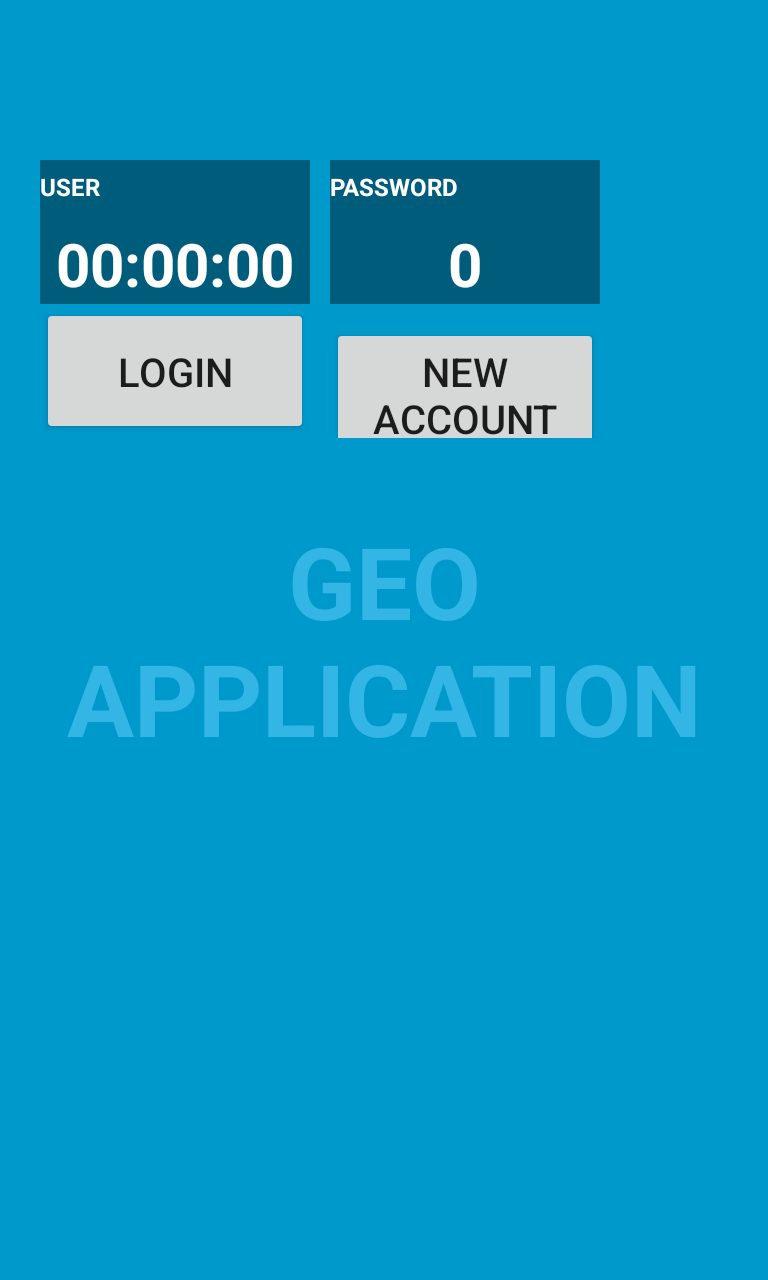
Repository: sebastianR1001/GeoApplication
Layout: GeoApplication/res/layout/login_fullscreen.xml
These files come from the project's save history. The layout is drawn as it stood at one moment and after the next save; the edit follows.
It is drawn on a 768 x 1280 px phone screen (xhdpi) without system bars, with theme AppTheme; the app's code is not run.

Above is the layout before, as saved 2014-10-25 18:38:40.

After the next save:
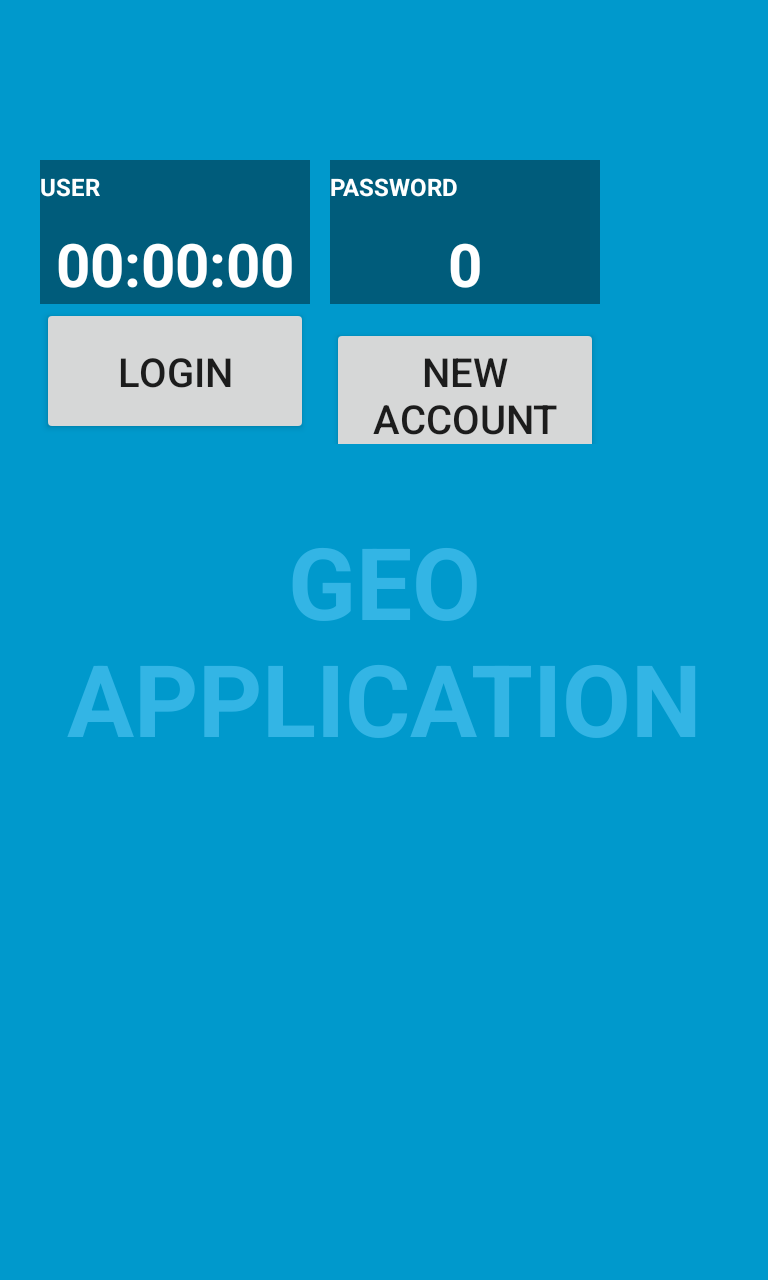
Saved 3 min 19 s later.
--- a/GeoApplication/res/layout/login_fullscreen.xml
+++ b/GeoApplication/res/layout/login_fullscreen.xml
@@ -115,7 +115,7 @@
 		     <Button
 		        android:id="@+id/newAccountButton"
 		        android:layout_width="135dp"
-		        android:layout_height="67dp"
+		        android:layout_height="70dp"
 		        android:layout_marginRight="10dp"
 		        android:layout_marginLeft="10dp"
 		        android:textSize="20sp"
@@ -123,28 +123,6 @@
 
         </TableRow>
     </TableLayout>
-
-
-    <FrameLayout
-        android:layout_width="match_parent"
-        android:layout_height="match_parent"
-        android:fitsSystemWindows="true" >
-
-        <LinearLayout
-            android:id="@+id/fullscreen_content_controls"
-            style="?metaButtonBarStyle"
-            android:layout_width="match_parent"
-            android:layout_height="wrap_content"
-            android:layout_gravity="bottom|center_horizontal"
-            android:background="@color/black_overlay"
-            android:orientation="horizontal"
-            tools:ignore="UselessParent" >
-        </LinearLayout>
-
-        <requestFocus />
-
-
-    </FrameLayout>
     <!--
          This FrameLayout insets its children based on system windows using
          android:fitsSystemWindows.

After the save that followed:
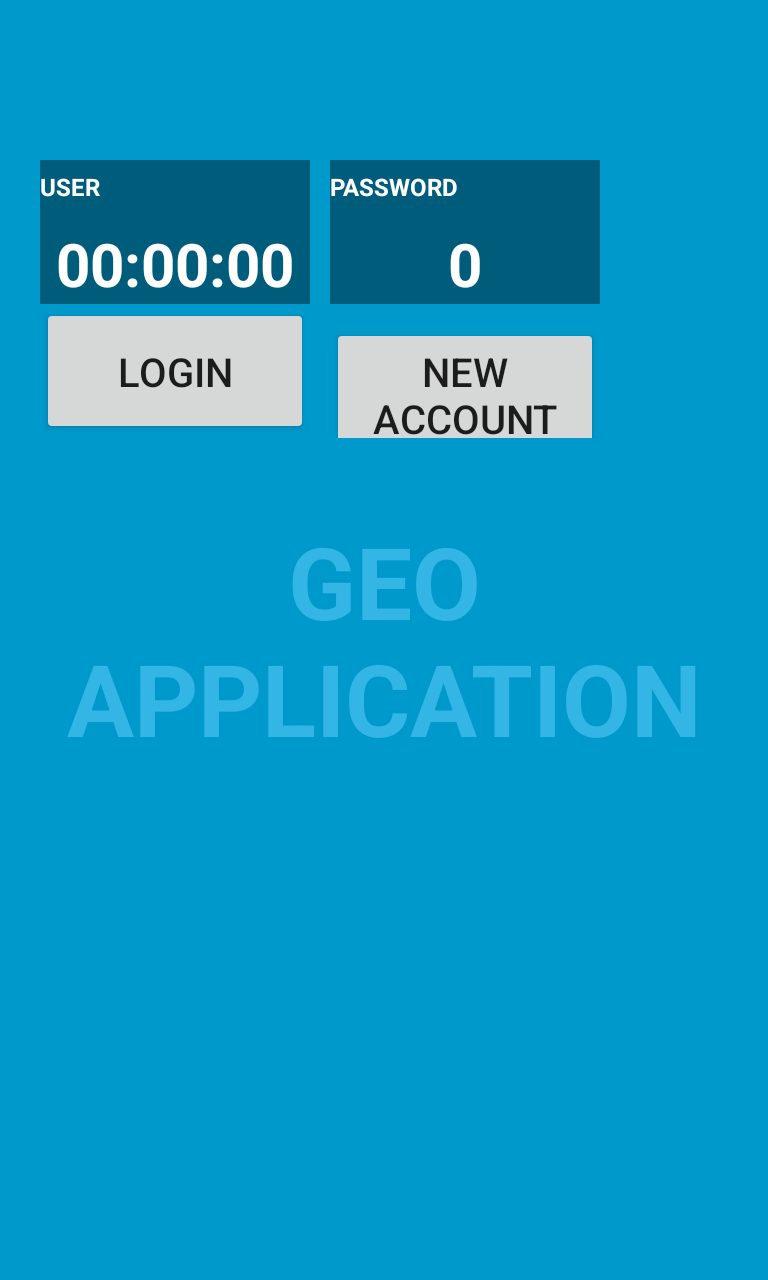
Saved 8 s later.
--- a/GeoApplication/res/layout/login_fullscreen.xml
+++ b/GeoApplication/res/layout/login_fullscreen.xml
@@ -115,7 +115,7 @@
 		     <Button
 		        android:id="@+id/newAccountButton"
 		        android:layout_width="135dp"
-		        android:layout_height="70dp"
+		        android:layout_height="67dp"
 		        android:layout_marginRight="10dp"
 		        android:layout_marginLeft="10dp"
 		        android:textSize="20sp"
